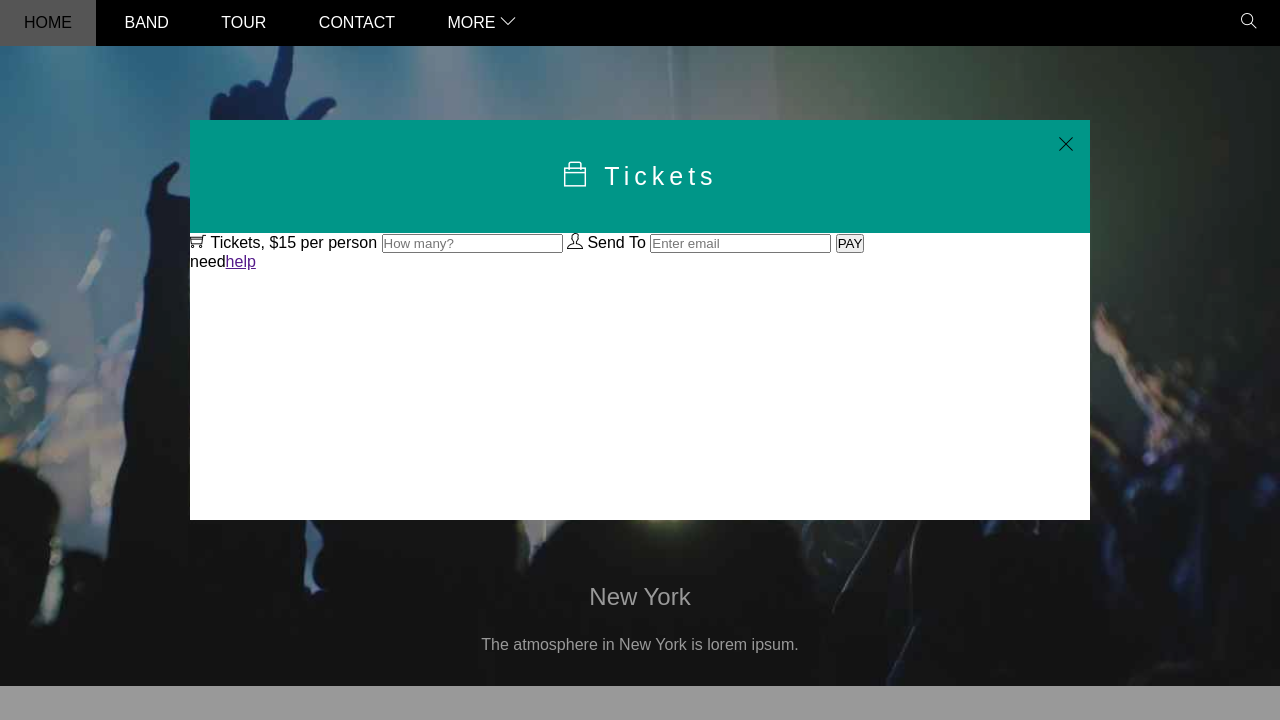
Repository: tung1233hhhhhhhhhhhhh/Website
Page: w3_band/index.html
The author's editor kept a copy of each file at every save. The page is drawn from the files as they stood at one save, then again after the next save.
The browser window is 1280 px wide. The pictures show the window.
A layer covers the whole window, so only the first screen is drawn.

Above is the page before, as saved 2023-02-18 21:34:48.

After the next save:
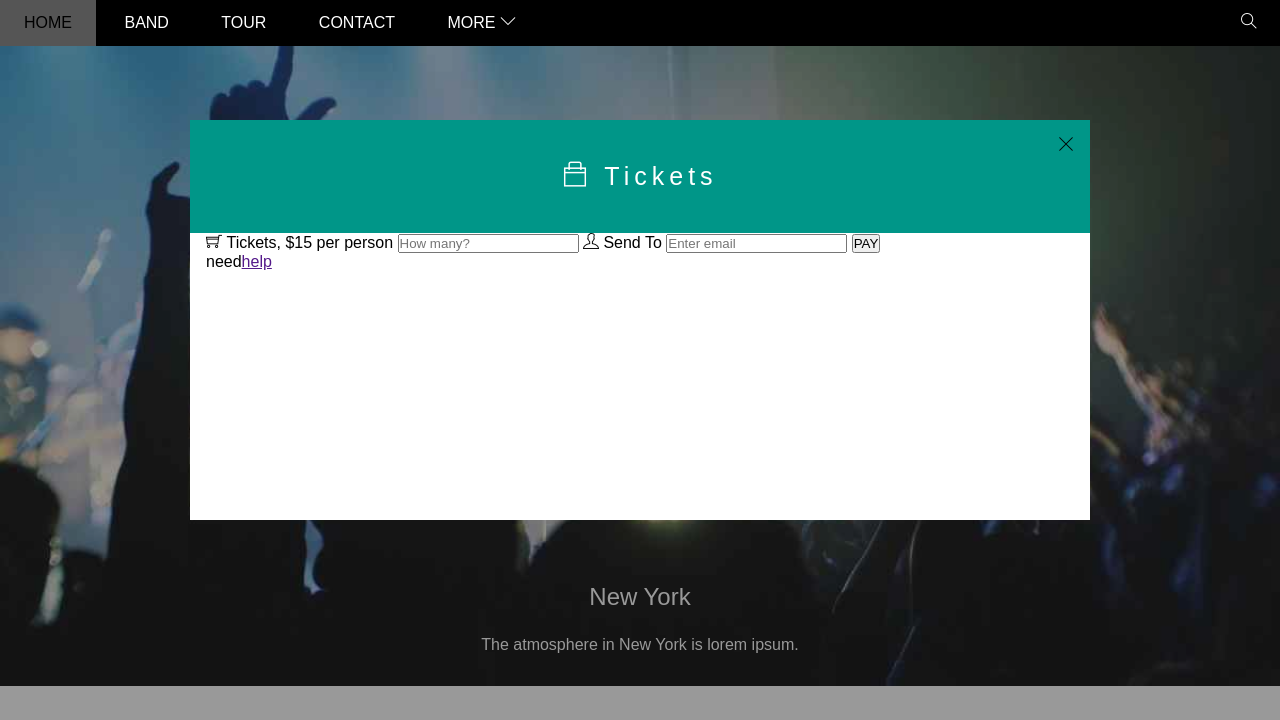
Saved 50 s later.
--- a/w3_band/assets/css/style.css
+++ b/w3_band/assets/css/style.css
@@ -414,6 +414,9 @@ html {
     letter-spacing: 5px;
     text-align: center;
     align-items: center;
-
-
-}
+}
+
+.modal .modal-body {
+    width: 100%;
+    padding: 0 16px;
+}
